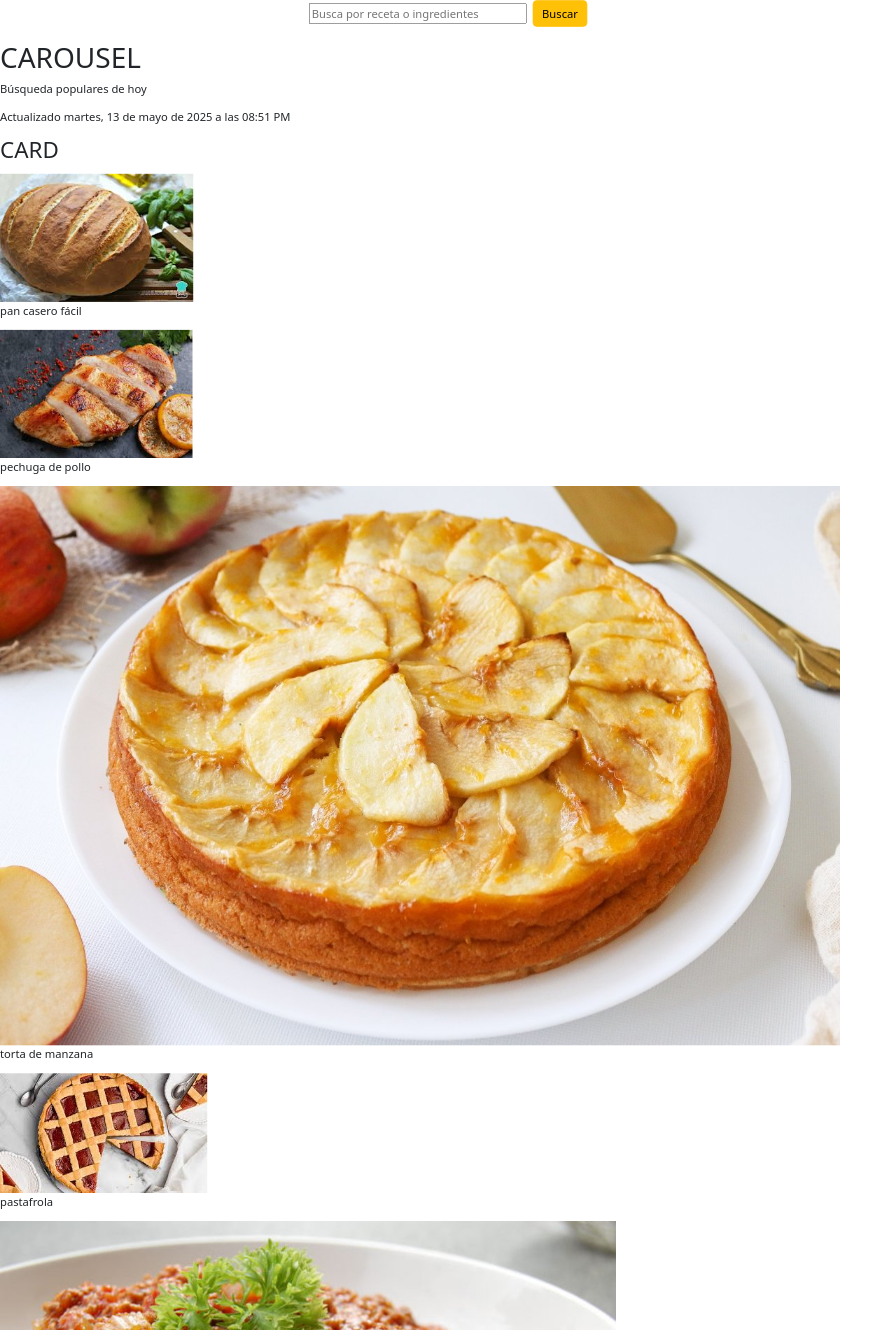
Repository: lucasp3113/coockpad
Page: index.html
The author's editor kept a copy of each file at every save. The page is drawn from the files as they stood at one save, then again after the next save.
The browser window is 1280 px wide. The pictures show the part of the page from y = 336 to 2236 px (the page is 3670 px tall), at 70% of full size.
A picture or video elsewhere on the page could not be fetched, so the positions and the page height are approximate.

Above is the page before, as saved 2025-05-15 11:58:44.

### index.html
<!DOCTYPE html>
<html lang="es">
<head>
    <meta charset="UTF-8" />
    <meta name="viewport" content="width=device-width, initial-scale=1.0" />
    <title>cookpad</title>
    <link rel="stylesheet" href="style.css" />
    <link href="https://cdn.jsdelivr.net/npm/bootstrap@5.3.6/dist/css/bootstrap.min.css" rel="stylesheet" integrity="sha384-4Q6Gf2aSP4eDXB8Miphtr37CMZZQ5oXLH2yaXMJ2w8e2ZtHTl7GptT4jmndRuHDT" crossorigin="anonymous">
    <script src="https://cdn.jsdelivr.net/npm/bootstrap@5.3.6/dist/js/bootstrap.bundle.min.js" integrity="sha384-j1CDi7MgGQ12Z7Qab0qlWQ/Qqz24Gc6BM0thvEMVjHnfYGF0rmFCozFSxQBxwHKO" crossorigin="anonymous"></script>
</head>
<body>
    <header class="d-flex flex-row d-flex justify-content-center d-flex align-items-center m-3">
        <img src="logo_coockpad.png" alt="" />
        <h1>cookpad</h1>
    </header>
    <nav class="d-flex flex-row d-flex justify-content-center d-flex align-items-center m-3">
        <input type="text" class="m-1 w-25" placeholder="Busca por receta o ingredientes"/>
        <button type="submit" class="btn btn-warning m-1">Buscar</button>
    </nav>
    <main>
        <section>
            <h1>CAROUSEL</h1>
        </section>
        <article>
            <p>Búsqueda populares de hoy</p>
            <p>Actualizado martes, 13 de mayo de 2025 a las 08:51  PM</p>
        </article>
        <section>
            <section>
                <figure>
                    <h2>CARD</h2>
                </figure>
                <figure>
                    <img src="pan.png" alt="" />
                    <p>pan casero fácil</p>
                </figure>
                <figure>
                    <img src="pechuga.png" alt="" />
                    <p>pechuga de pollo</p>
                </figure>
                <figure>
                    <img src="tarta-de-manzana.png" alt="" />
                    <p>torta de manzana</p>
                </figure>
            </div>
            </section>
            <section>
                <figure>
                    <img src="pastaflora.png" alt="" />
                    <p>pastafrola</p>
                </figure>
                <figure>
                    <img src="fideos.jpg" alt="" />
                    <p>fideos caseros</p>
                </figure>
                <figure>
                    <img src="panqueques.jpeg" alt="" />
                    <p>panqueques para canelones</p>
                </figure>
                <figure>
                    <img src="locro.png" alt="" />
                    <p>locro argentino</p>
                </figure>
            </section>
        </section>
    </main>
</body>
</html>

### style.css
.btn-orange{
    background-color: orange;

}

After the next save:
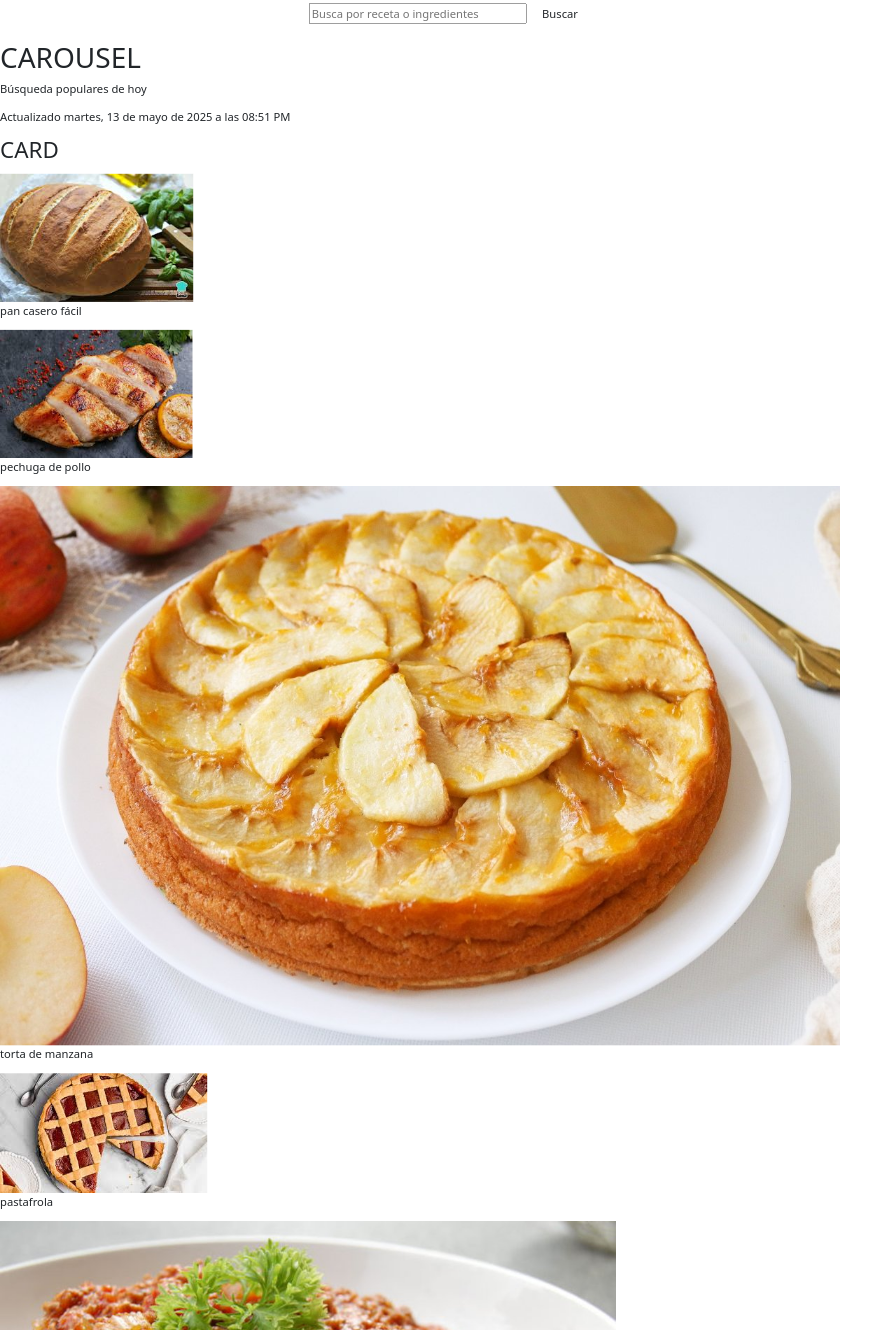
Saved 12 s later.
--- a/index.html
+++ b/index.html
@@ -15,7 +15,7 @@
     </header>
     <nav class="d-flex flex-row d-flex justify-content-center d-flex align-items-center m-3">
         <input type="text" class="m-1 w-25" placeholder="Busca por receta o ingredientes"/>
-        <button type="submit" class="btn btn-warning m-1">Buscar</button>
+        <button type="submit" class="btn btn-orange m-1">Buscar</button>
     </nav>
     <main>
         <section>
